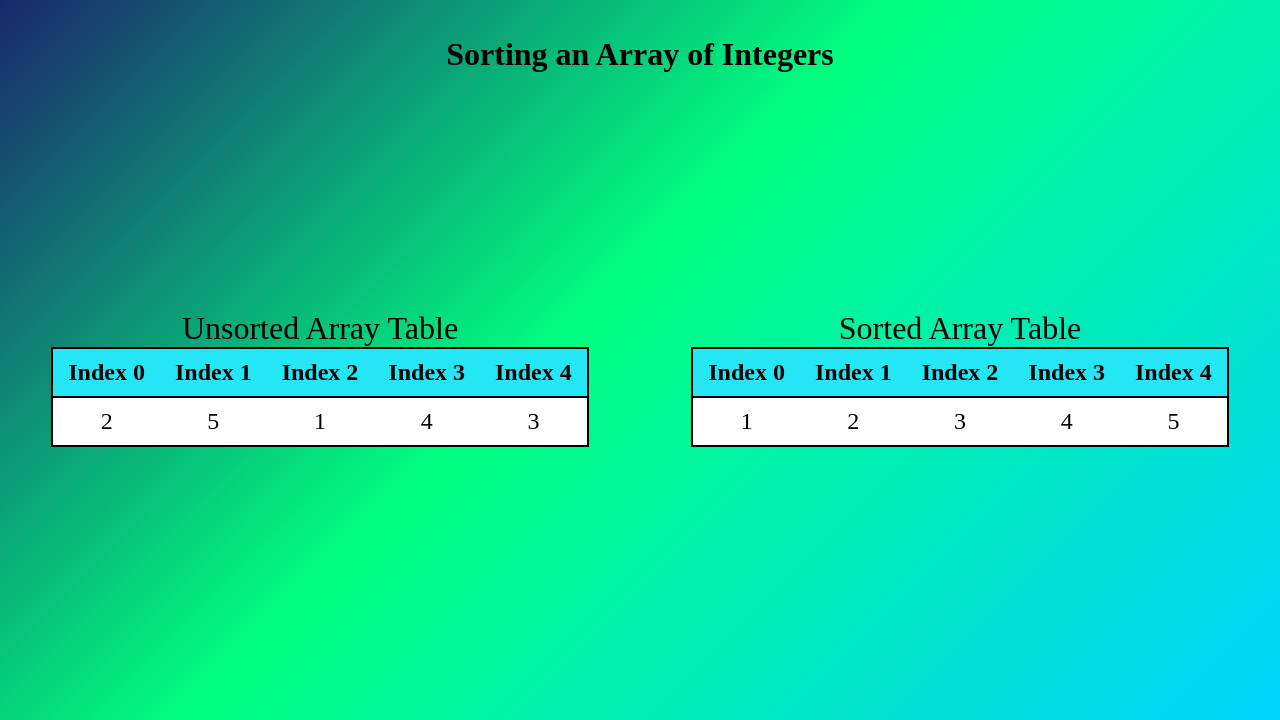
Repository: mlmEFSC21/P16-Sorting-Integers
Page: sort.html
These files come from the project's save history. The page is drawn as it stood at one moment and after the next save; the edit follows.
The browser window is 1280 px wide. The pictures show the whole page.

Above is the page before, as saved 2022-03-24 19:11:02.

### sort.html
<!DOCTYPE html>
<html lang="en">
    <head>
        <meta charset="UTF-8" />
        <meta http-equiv="X-UA-Compatible" content="IE=edge" />
        <meta name="viewport" content="width=device-width, initial-scale=1.0" />
        <link rel="stylesheet" href="sort.css" />
        <!-- <script defer src="sort.js"></script> -->
        <title>Array Sorting</title>
    </head>
    <body>
        <header class="mainHeader">
            <h1>Sorting an Array of Integers</h1>
        </header>
        <section>
            <div class="arrayContainer" id="arrayContainer">
                <!-- <h2 class="unsorted" id="unsorted">Array 1</h2>
                <h2 class="sorted" id="sorted">Array 2</h2> -->
                <table class="unsortedTable" id="unsortedTable">
                    <caption>
                        Unsorted Array Table
                    </caption>
                    <thead>
                        <tr class="theadRow">
                            <th>Index 0</th>
                            <th>Index 1</th>
                            <th>Index 2</th>
                            <th>Index 3</th>
                            <th>Index 4</th>
                        </tr>
                    </thead>
                    <tbody>
                        <tr>
                            <td>2</td>
                            <td>5</td>
                            <td>1</td>
                            <td>4</td>
                            <td>3</td>
                        </tr>
                    </tbody>
                </table>
                <table class="sortedTable" id="sortedTable">
                    <caption>
                        Sorted Array Table
                    </caption>
                    <thead>
                        <th>Index 0</th>
                        <th>Index 1</th>
                        <th>Index 2</th>
                        <th>Index 3</th>
                        <th>Index 4</th>
                    </thead>
                    <tbody>
                        <tr>
                            <td>1</td>
                            <td>2</td>
                            <td>3</td>
                            <td>4</td>
                            <td>5</td>
                        </tr>
                    </tbody>
                </table>
            </div>
        </section>
    </body>
</html>

### sort.css
:root {
    --clr-background: #00ff8f;
    --clr-primary: hsl(184, 100%, 50%);
    --clr-primary-light: hsl(184, 90%, 55%);
    --clr-secondary: hsl(124, 100%, 50%);
    --clr-secondary-light: hsl(124, 80%, 100%);
}
*,
*::after,
*::before {
    box-sizing: border-box;
    margin: 0;
    padding: 0;
}
body {
    font-size: 0.875;
    background-color: var(--clr-background);
    background-repeat: no-repeat;
    background-size: cover;
    background: linear-gradient(
        135deg,
        rgba(26, 39, 107, 1) 0%,
        rgba(0, 255, 128, 1) 45%,
        rgba(0, 212, 255, 1) 100%
    );
    height: 100vh;
}
.mainHeader {
    height: 15vh;
    display: flex;
    align-items: center;
    justify-content: center;
}
.arrayContainer {
    height: min(75vh, 640px);
    display: flex;
    align-items: center;
    justify-content: space-around;
}
table {
    border-collapse: collapse;
    font-size: 1.5rem;
    border: 2px solid black;
}
caption {
    font-size: 2rem;
}
thead {
    border-bottom: 2px solid black;
}
th {
    background-color: var(--clr-primary-light);
}
td {
    background-color: var(--clr-secondary-light);
    text-align: center;
}
th,
td {
    margin: 10px 15px;
    padding: 10px 15px;
}

After the next save:
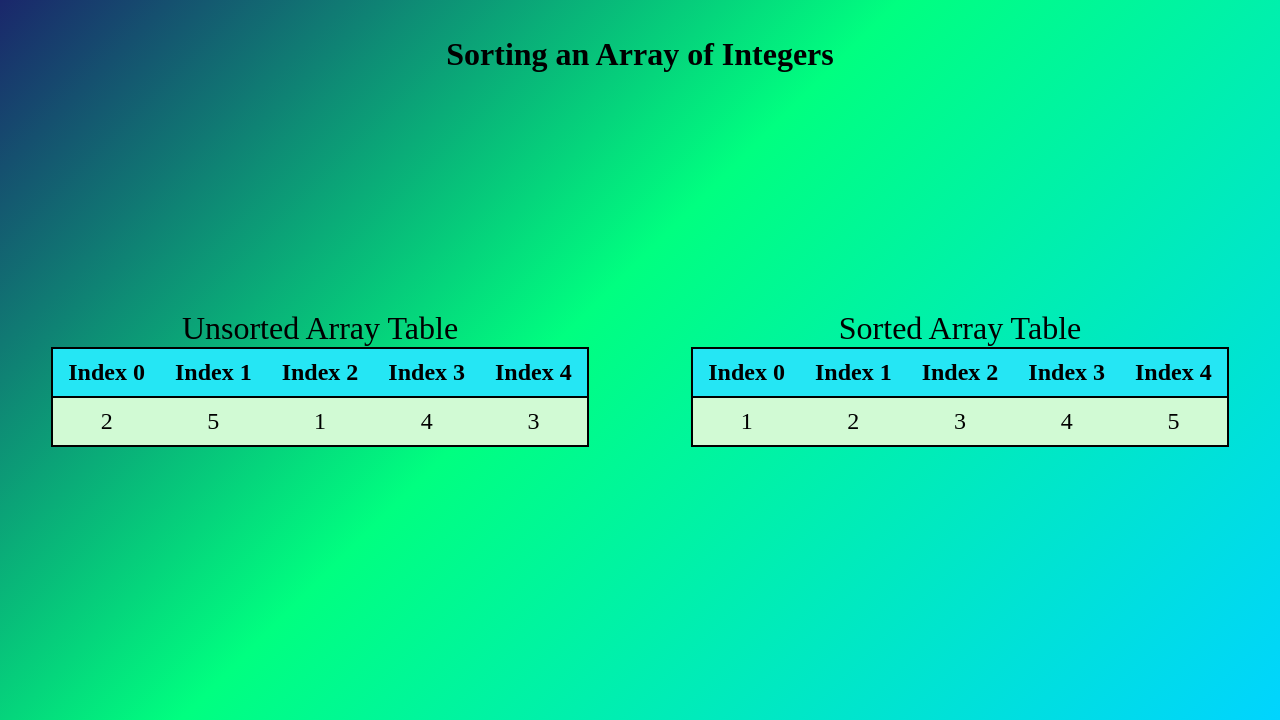
Saved 9 s later.
--- a/sort.css
+++ b/sort.css
@@ -3,7 +3,7 @@
     --clr-primary: hsl(184, 100%, 50%);
     --clr-primary-light: hsl(184, 90%, 55%);
     --clr-secondary: hsl(124, 100%, 50%);
-    --clr-secondary-light: hsl(124, 80%, 100%);
+    --clr-secondary-light: hsl(124, 80%, 90%);
 }
 *,
 *::after,
